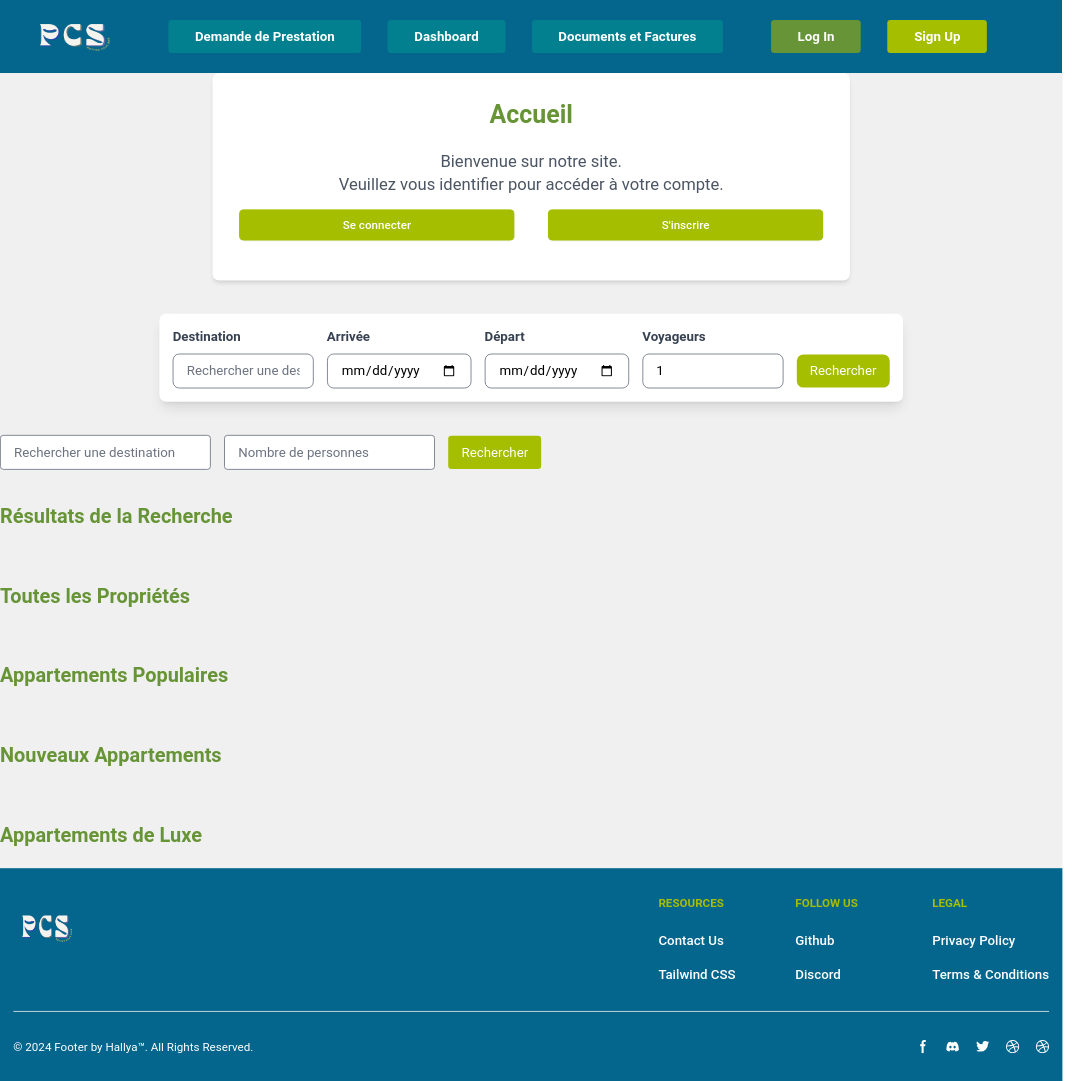
Repository: HATTOUNGBRE/ProjetAnnuel2
Page: /logout (app in FRONT/)
These files come from the project's save history. The page is drawn as it stood at one moment and after the next save; the edit follows.
The browser window is 1280 px wide. The page is 1305 px wide, then 1280 px, then 1305 px, so the pictures cover 1305 px, including what lies to the right of the window. The pictures show the whole page, at 83% of full size.
The page's requests for data from a server got no answer. The project was rebuilt for these pictures with package versions that can differ from the ones it lists, and the page was loaded fresh each time. No one was signed in, and anything a server would have sent is missing. Also part of the build but not shown: FRONT/vite.config.js, FRONT/src/components/PropertyCard.jsx, FRONT/src/components/PropertyRow.jsx, FRONT/src/components/Contact.jsx, FRONT/src/components/CatUser.jsx, FRONT/src/components/Login.jsx, FRONT/src/components/prestataire/PrestataireType.jsx, FRONT/src/components/prestataire/PrestataireDetails.jsx and 15 more.

Above is the page before, as saved 2024-06-28 22:20:59.

### FRONT/src/main.jsx
import React from 'react'
import ReactDOM from 'react-dom/client'
import App from './App.jsx'
import './App.css'
import { AuthProvider } from './components/AuthContext';
import {
  BrowserRouter,
  Route,
  Link
} from "react-router-dom";

ReactDOM.createRoot(document.getElementById('root')).render(
  <React.StrictMode>
    <AuthProvider>
    <App />
    </AuthProvider>
  </React.StrictMode>,
)

### FRONT/src/App.jsx
import React, { useContext, useEffect } from "react";
import './App.css';
import { BrowserRouter as Router, Route, Routes, Navigate } from 'react-router-dom';
import Header from "./components/Header";
import Main from "./components/Main";
import Contact from "./components/Contact";
import Nav from "./components/Nav";
import Footer from "./components/Footer";
import CatUser from "./components/CatUser";
import Login from './components/Login';
import LogOut from "./components/LogOut";
import Account from "./components/Account";
import Inscription from './components/Inscription';
import VoyageurDashboard from './components/dashboard/VoyageurDashboard';
import ProprietaireDashboard from './components/dashboard/ProprietaireDashboard';
import PrestataireDashboard from './components/dashboard/PrestataireDashboard';
import Error400 from './components/Error400';
import AuthContext from './components/AuthContext';
import ProprietairePrestation from "./components/proprio/Prestation";
import ProprietaireReservation from "./components/proprio/ProprietaireReservation";
import PrestataireReservation from "./components/prestataire/PrestataireReservation";
import AddProperty from "./components/proprio/AddProperty";
import CreatePrestation from "./components/proprio/CreatePrestation";

function App() {
    const { isLoggedIn, userRole, userId, userName, userSurname, category } = useContext(AuthContext);

    useEffect(() => {
        console.log("UserRole:", userRole);
        console.log("UserId:", userId);
        console.log("UserName:", userName);
        console.log("UserSurname:", userSurname);
        console.log("CategoryUserId:", category);
    }, [userRole, userId, userName, userSurname, category]);

    const getDashboardComponent = (role) => {
        switch (role) {
            case 'voyageur':
                return <VoyageurDashboard />;
            case 'proprietaire':
                return <ProprietaireDashboard />;
            case 'prestataire':
                return <PrestataireDashboard />;
            default:
                return <Error400 />;
        }
    };

    const ProtectedRoute = ({ element, allowedRole }) => {
        if (!isLoggedIn) {
            return <Navigate to="/login" />;
        }
        return userRole === allowedRole ? element : <Navigate to="/error400" />;
    };

    return (
        <Router>
         <Header isLoggedIn={isLoggedIn} userRole={userRole} />
         <main className="flex-grow">
         <Routes>
                <Route exact path="/" element={<Main isLoggedIn={isLoggedIn} userRole={userRole} />} />
                <Route path="/components/inscription" element={<Inscription />} />
                <Route path="/components/catUser" element={<CatUser />} />
                <Route path="/contact" element={<Contact />} />
                <Route path="/login" element={<Login />} />
                <Route path={`/${userRole}/Prestation`} element={<ProtectedRoute element={<ProprietairePrestation />} allowedRole={userRole} />} />
                <Route path={`/${userRole}/Reservation`} element={<ProtectedRoute element={userRole === 'proprietaire' ? <ProprietaireReservation /> : <PrestataireReservation />} allowedRole={userRole} />} />
                <Route path="/components/dashboard/voyageur" element={<ProtectedRoute element={<VoyageurDashboard />} allowedRole="voyageur" />} />
                <Route path="/components/dashboard/proprietaire" element={<ProtectedRoute element={<ProprietaireDashboard />} allowedRole="proprietaire" />} />
                <Route path="/components/dashboard/prestataire" element={<ProtectedRoute element={<PrestataireDashboard />} allowedRole="prestataire" />} />
                <Route path="/components/nav" element={<Nav isLoggedIn={isLoggedIn} userRole={userRole} />} />
                <Route path="/logout" element={<LogOut />} />
                <Route path="/account" element={<Account userId={userId} />} />
                <Route path="/error400" element={<Error400 />} />
                <Route path="/add-property" element={<ProtectedRoute element={<AddProperty />} allowedRole="proprietaire" />} />
                <Route path="/create-prestation" element={<ProtectedRoute element={<CreatePrestation />} allowedRole="proprietaire" />} />
                <Route path="/components/dashboard/proprietaire" element={<ProtectedRoute element={<ProprietaireDashboard />} allowedRole="proprietaire" />} />
                <Route path="/components/dashboard/prestataire" element={<ProtectedRoute element={<PrestataireDashboard />} allowedRole="prestataire" />} />
                <Route path="/components/dashboard/voyageur" element={<ProtectedRoute element={<VoyageurDashboard />} allowedRole="voyageur" />} />
                <Route path="*" element={<Error400 />} />

            </Routes>
            </main>
           <Footer />
        </Router>

    );
}

const ProtectedRoute = ({ element, allowedRole }) => {
    const { userRole } = useContext(AuthContext);
    return userRole === allowedRole ? element : <Navigate to="/error400" />;
  };

export default App;

### FRONT/src/App.css
@tailwind base;
@tailwind components;
@tailwind utilities;

html, body {
  height: 100%;
  width: 100%;
  margin: 0;
  padding: 0;
  font-family: 'Roboto', sans-serif;
}


.logo {
  height: 5em;
  width: 7em;
  /* will-change: filter; */
  transition: filter 300ms;
}
.logo:hover {
}
.logo.react:hover {
  filter: drop-shadow(0 0 2em #61dafbaa);
}

@keyframes logo-spin {
  from {
    transform: rotate(0deg);
  }
  to {
    transform: rotate(360deg);
  }
}


.card {
  padding: 2em;
}

.read-the-docs {
  color: #888;
}
footer {
  position: absolute;
  left: 0;
  bottom: 0;
  width: 100%;
}
html, body {
  height: 100%;
  margin: 0;
  padding: 0;

}



footer {
  flex-shrink: 0; /* Empêche le pied de page de rétrécir si le contenu est trop grand */
}

.main-content {
  flex: 1;
  padding: 24px;
  overflow-y: auto;
  display: flex;
  flex-direction: column;
}

### FRONT/src/components/AuthContext.jsx
import React, { createContext, useState, useEffect } from 'react';
import Cookies from 'js-cookie';

const AuthContext = createContext();

export const AuthProvider = ({ children }) => {
  const [isLoggedIn, setIsLoggedIn] = useState(false);
  const [userRole, setUserRole] = useState('');
  const [userId, setUserId] = useState(null);
  const [userName, setUserName] = useState('');
  const [userSurname, setUserSurname] = useState('');
  const [category, setCategoryUserId] = useState(null);

  const fetchUserDetails = async (userId) => {
    try {
      const response = await fetch(`http://localhost:8000/api/user/${userId}`);
      const data = await response.json();

      if (response.ok) {
        setIsLoggedIn(true);
        setUserId(data.id);
        setUserName(data.name);
        setUserSurname(data.surname);
        setCategoryUserId(data.category_user);
        setUserRole(Cookies.get('role')); // Ensure the role is set from the cookie
      } else {
        setIsLoggedIn(false);
        setUserId(null);
        setUserName('');
        setUserSurname('');
        setCategoryUserId(null);
        setUserRole('');
      }
    } catch (error) {
      console.error('Error fetching user details:', error);
    }
  };

  useEffect(() => {
    const token = Cookies.get('authToken');
    const storedUserRole = Cookies.get('role');
    const storedUserId = Cookies.get('userId');

    if (token && storedUserId) {
      setIsLoggedIn(true);
      setUserRole(storedUserRole || '');
      fetchUserDetails(storedUserId); // Fetch user details
    }
  }, []);

  const login = (token, role, userId, userName, userSurname, category) => {
    Cookies.set('authToken', token, { expires: 1 });
    Cookies.set('role', role, { expires: 1 });
    Cookies.set('userId', userId, { expires: 1 });
    Cookies.set('userName', userName, { expires: 1 });
    Cookies.set('userSurname', userSurname, { expires: 1 });
    Cookies.set('category', category, { expires: 1 });

    setIsLoggedIn(true);
    setUserRole(role);
    setUserId(userId);
    setUserName(userName);
    setUserSurname(userSurname);
    setCategoryUserId(category);
  };

  const logout = () => {
    Cookies.remove('authToken');
    Cookies.remove('role');
    Cookies.remove('userId');
    Cookies.remove('userName');
    Cookies.remove('userSurname');
    Cookies.remove('category');

    setIsLoggedIn(false);
    setUserRole('');
    setUserId(null);
    setUserName('');
    setUserSurname('');
    setCategoryUserId(null);
  };

  return (
    <AuthContext.Provider value={{ isLoggedIn, userRole, userId, userName, userSurname, category, login, logout, fetchUserDetails }}>
      {children}
    </AuthContext.Provider>
  );
};

export default AuthContext;

### FRONT/src/components/Header.jsx
import { useState, useEffect } from 'react';
import Nav from './Nav';
import { Link } from "react-router-dom";

function Header(props) {
  const { isLoggedIn, userRole } = props;

  return (
    <div>
      <header className="bg-pcs-200 sticky top-0 z-[20]">
        <nav className="bg-pcs-200 border-gray-200 dark:bg-gray-900 w-full">
          <div className="w-full flex flex-wrap items-center justify-around p-1">
            <Link to="/" className="flex items-center space-x-3 rtl:space-x-reverse">
              <img src="/public/images/fullDay.png" className="h-8 logo" alt="PCSLogo" />
            </Link>
            <Nav isLoggedIn={isLoggedIn} userRole={userRole} />
            <button
              data-collapse-toggle="navbar-default"
              type="button"
              className="inline-flex items-center p-2 w-10 h-10 justify-center text-sm text-gray-500 rounded-lg md:hidden focus:outline-none focus:ring-2 focus:ring-gray-200 dark:text-gray-400 dark:focus:ring-gray-600"
              aria-controls="navbar-default"
              aria-expanded="false"
            >
              <span className="sr-only">Open main menu</span>
              <svg
                className="w-5 h-5"
                aria-hidden="true"
                xmlns="http://www.w3.org/2000/svg"
                fill="none"
                viewBox="0 0 17 14"
              >
                <path
                  stroke="currentColor"
                  strokeLinecap="round"
                  strokeLinejoin="round"
                  strokeWidth="2"
                  d="M1 1h15M1 7h15M1 13h15"
                />
              </svg>
            </button>
            <div className="hidden w-full md:block md:w-auto" id="navbar-default"></div>
          </div>
        </nav>
      </header>
    </div>
  );
}

export default Header;

### FRONT/src/components/Nav.jsx
import { Link } from "react-router-dom";

function Nav(props) {
    const { isLoggedIn, userRole } = props;

    console.log('isLoggedIn page NAV:', isLoggedIn);
    return (
        <>
            <div className='flex space-x-8'>
                <Link to={`/${userRole}/Reservation`}>
                    <button className="bg-pcs-250 hover:bg-pcs-300 text-white font-bold py-2 px-8 rounded">
                        Demande de Prestation
                    </button>
                </Link>

                <Link to={`/components/dashboard/${userRole}`}>
                    <button className="bg-pcs-250 hover:bg-pcs-300 text-white font-bold py-2 px-8 rounded">
                        Dashboard
                    </button>
                </Link>

                <Link to={`/${userRole}/Prestation`}>
                    <button className="bg-pcs-250 hover:bg-pcs-300 text-white font-bold py-2 px-8 rounded">
                        Documents et Factures
                    </button>
                </Link>
            </div>
            {isLoggedIn ? (
                <div className='flex space-x-8'>
                    <Link to='/account'>
                        <button className="bg-pcs-400 hover:bg-pcs-700 text-white font-bold py-2 px-8 rounded">
                            Account
                        </button>
                    </Link>
                    <Link to='/logout'>
                        <button className="bg-pcs-300 hover:bg-pcs-600 text-white font-bold py-2 px-8 rounded">
                            Log out
                        </button>
                    </Link>

                </div>
            ) : (
                <div className='flex space-x-8'>
                    <Link to='/components/catuser'>
                        <button className="bg-pcs-400 hover:bg-pcs-700 text-white font-bold py-2 px-8 rounded">
                            Log In
                        </button>
                    </Link>

                    <Link to='/components/Inscription'>
                        <button className="bg-pcs-300 hover:bg-pcs-600 text-white font-bold py-2 px-8 rounded">
                            Sign Up
                        </button>
                    </Link>
                </div>
            )}
        </>
    );
};

export default Nav;

### FRONT/src/components/LogOut.jsx
import React, { useContext, useEffect } from 'react';
import { useNavigate } from 'react-router-dom';
import AuthContext from './AuthContext';

const LogOut = () => {
  const { logout } = useContext(AuthContext);
  const navigate = useNavigate();

  useEffect(() => {
    logout();
    navigate('/');
  }, [logout, navigate]);

  return null;
};

export default LogOut;

### FRONT/src/components/PropertySearch.jsx
// src/components/PropertySearch.jsx

import React, { useState } from 'react';

const PropertySearch = ({ onSearch }) => {
  const [commune, setCommune] = useState('');
  const [maxPersons, setMaxPersons] = useState('');

  const handleSearch = () => {
    onSearch({ commune, maxPersons });
  };

  return (
    <div className="flex items-center space-x-4">
      <input
        type="text"
        placeholder="Rechercher une destination"
        value={commune}
        onChange={(e) => setCommune(e.target.value)}
        className="border rounded px-4 py-2"
      />
      <input
        type="number"
        placeholder="Nombre de personnes"
        value={maxPersons}
        onChange={(e) => setMaxPersons(e.target.value)}
        className="border rounded px-4 py-2"
      />
      <button onClick={handleSearch} className="bg-pcs-300 text-white px-4 py-2 rounded">
        Rechercher
      </button>
    </div>
  );
};

export default PropertySearch;

### FRONT/src/components/PropertySliderSection.jsx
import React, { useEffect, useState } from 'react';
import Slider from 'react-slick';
import 'slick-carousel/slick/slick.css';
import 'slick-carousel/slick/slick-theme.css';

const PropertySliderSection = ({ title, apiUrl }) => {
  const [properties, setProperties] = useState([]);

  useEffect(() => {
    const fetchProperties = async () => {
      try {
        const response = await fetch(apiUrl);
        const data = await response.json();
        setProperties(data);
      } catch (error) {
        console.error('Error fetching properties:', error);
      }
    };

    fetchProperties();
  }, [apiUrl]);

  const sliderSettings = {
    dots: true,
    infinite: true,
    speed: 500,
    slidesToShow: 3,
    slidesToScroll: 1,
    responsive: [
      {
        breakpoint: 1024,
        settings: {
          slidesToShow: 2,
          slidesToScroll: 1,
          infinite: true,
          dots: true
        }
      },
      {
        breakpoint: 600,
        settings: {
          slidesToShow: 1,
          slidesToScroll: 1
        }
      }
    ]
  };

  return (
    <div className="mt-10 w-full">
      <h2 className="text-2xl font-semibold text-pcs-400 mb-6">{title}</h2>
      <Slider {...sliderSettings}>
        {properties.map(property => (
          <div key={property.id} className="p-4">
            <div className="bg-white shadow-lg rounded-lg overflow-hidden">
              <img src={`http://localhost:8000/uploads/property_photos/${property.image || 'default_appart.jpg'}`} alt={property.name} className="h-48 w-full object-cover" />
              <div className="p-4">
                <h3 className="text-xl font-semibold mb-2">{property.name}</h3>
                <p className="text-gray-600 mb-4">{property.description}</p>
                <div className="flex justify-between">
                  <button className="bg-pcs-250 hover:bg-pcs-200 text-white py-2 px-4 rounded-md">Détail +</button>
                  <button className="bg-pcs-400 text-white py-2 px-4 rounded-md">Louer</button>
                </div>
              </div>
            </div>
          </div>
        ))}
      </Slider>
    </div>
  );
};

export default PropertySliderSection;

Loaded but not shown: FRONT/index.html (common file); FRONT/tailwind.config.js (26 lines, source omitted); FRONT/src/components/Footer.jsx (91 lines, source omitted); FRONT/src/components/Main.jsx (161 lines, source omitted)

After the next save:
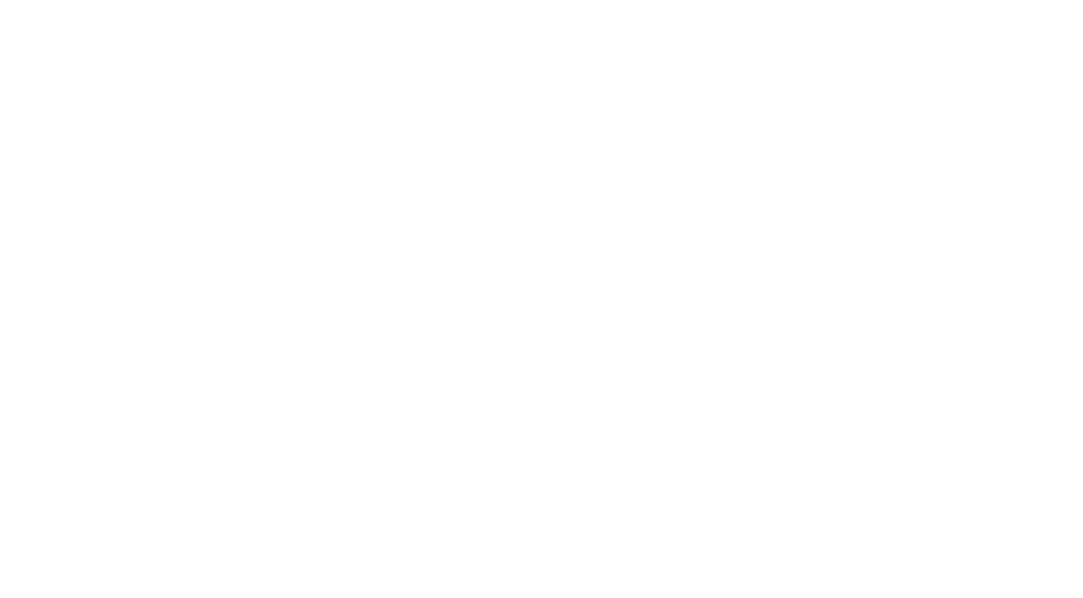
Console error: ReferenceError: useState is not defined
Saved 45 s later.
--- a/FRONT/src/components/PropertySearch.jsx
+++ b/FRONT/src/components/PropertySearch.jsx
@@ -1,35 +1,42 @@
-// src/components/PropertySearch.jsx
-
-import React, { useState } from 'react';
+import React from 'react';
 
 const PropertySearch = ({ onSearch }) => {
   const [commune, setCommune] = useState('');
-  const [maxPersons, setMaxPersons] = useState('');
+  const [maxPersons, setMaxPersons] = useState(1);
 
-  const handleSearch = () => {
+  const handleSubmit = (e) => {
+    e.preventDefault();
     onSearch({ commune, maxPersons });
   };
 
   return (
-    <div className="flex items-center space-x-4">
-      <input
-        type="text"
-        placeholder="Rechercher une destination"
-        value={commune}
-        onChange={(e) => setCommune(e.target.value)}
-        className="border rounded px-4 py-2"
-      />
-      <input
-        type="number"
-        placeholder="Nombre de personnes"
-        value={maxPersons}
-        onChange={(e) => setMaxPersons(e.target.value)}
-        className="border rounded px-4 py-2"
-      />
-      <button onClick={handleSearch} className="bg-pcs-300 text-white px-4 py-2 rounded">
-        Rechercher
+    <form onSubmit={handleSubmit} className="flex items-center space-x-4">
+      <div className="w-1/2">
+        <label className="block text-gray-700 font-bold mb-2">Commune</label>
+        <input
+          type="text"
+          className="w-full px-4 py-2 border rounded-lg focus:outline-none focus:ring-2 focus:ring-blue-500"
+          value={commune}
+          onChange={(e) => setCommune(e.target.value)}
+        />
+      </div>
+      <div className="w-1/4">
+        <label className="block text-gray-700 font-bold mb-2">Max Persons</label>
+        <input
+          type="number"
+          min="1"
+          className="w-full px-4 py-2 border rounded-lg focus:outline-none focus:ring-2 focus:ring-blue-500"
+          value={maxPersons}
+          onChange={(e) => setMaxPersons(e.target.value)}
+        />
+      </div>
+      <button
+        type="submit"
+        className="bg-pcs-300 mt-8 text-white py-2 px-4 rounded-lg hover:bg-pcs-400 focus:outline-none focus:ring-2 focus:ring-blue-500"
+      >
+        Search
       </button>
-    </div>
+    </form>
   );
 };
 

After the save that followed:
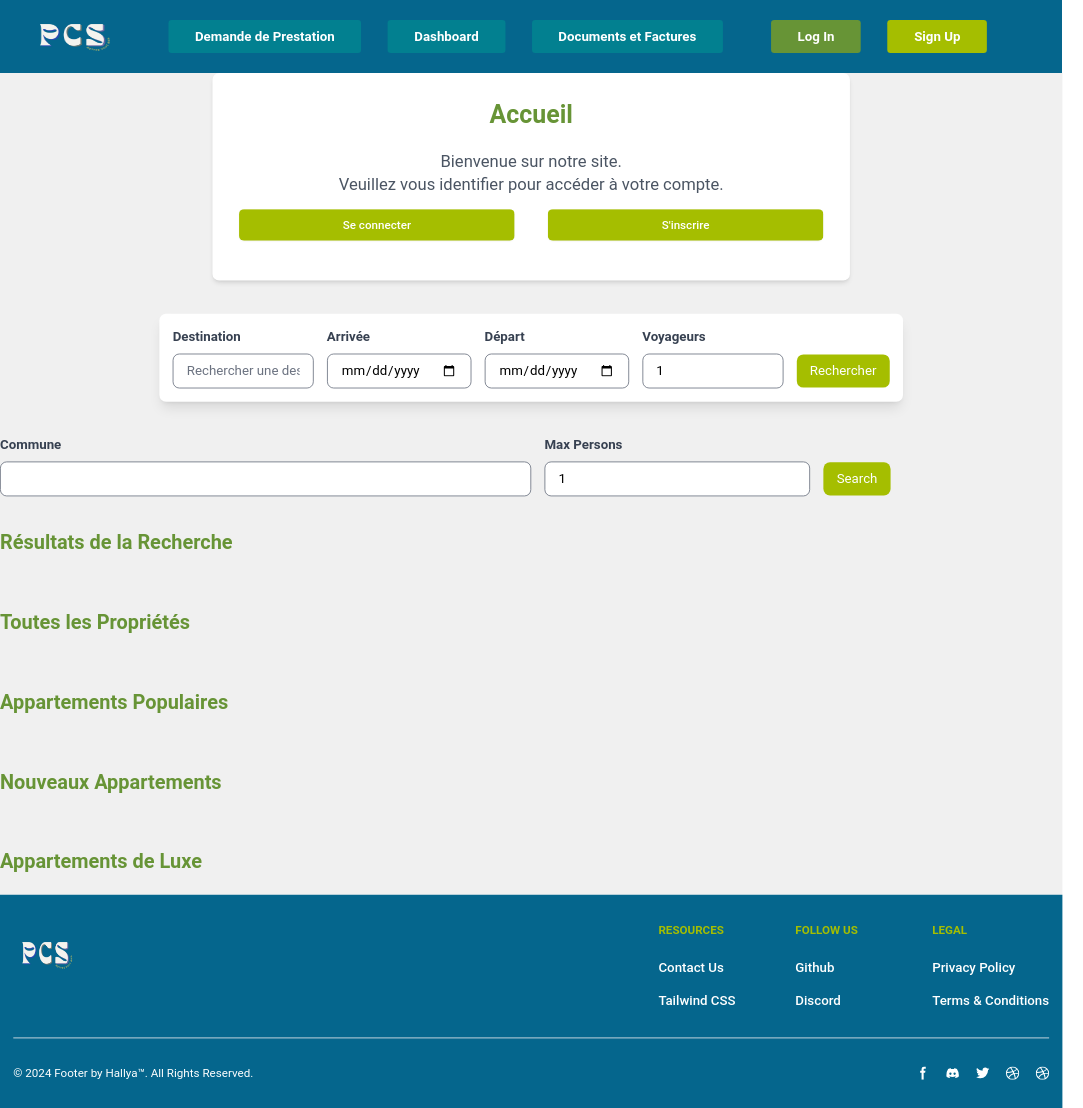
The error is gone.
Saved 14 s later.
--- a/FRONT/src/components/PropertySearch.jsx
+++ b/FRONT/src/components/PropertySearch.jsx
@@ -1,4 +1,5 @@
 import React from 'react';
+import { useState } from 'react';
 
 const PropertySearch = ({ onSearch }) => {
   const [commune, setCommune] = useState('');
